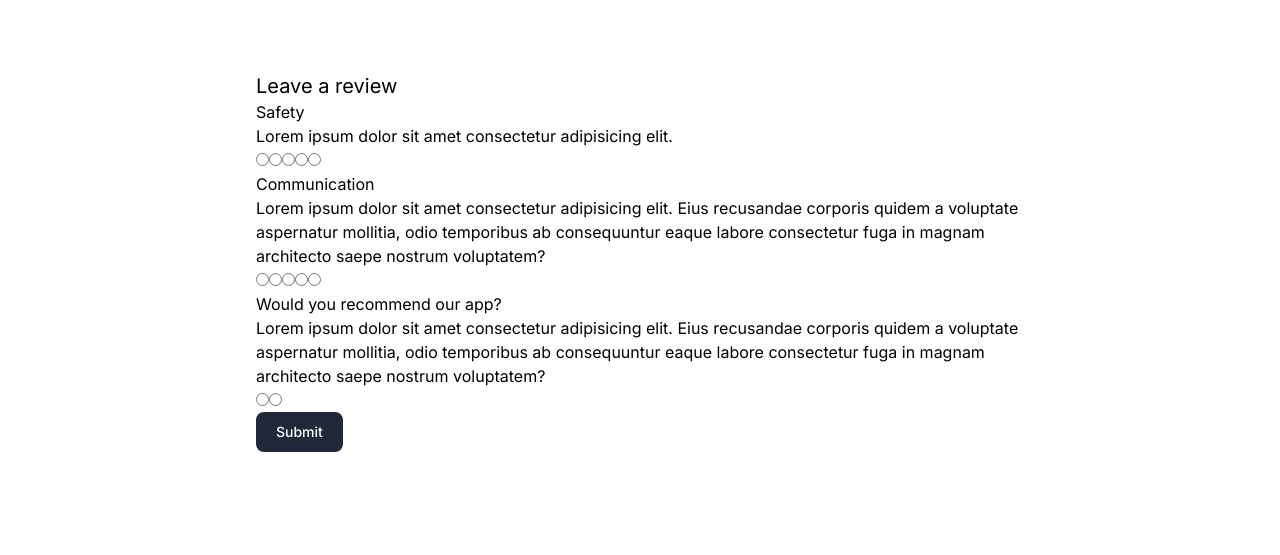
Repository: akankshaajoshi/review-form
Page: /review
The author's editor kept a copy of each file at every save. The page is drawn from the files as they stood at one save, then again after the next save.
The browser window is 1280 px wide. The pictures show the whole page.
The project was rebuilt for these pictures with package versions that can differ from the ones it lists, and the page was loaded fresh each time. The framework's server and built-in components were replaced by stand-ins that run in the browser. Also part of the build but not shown: next.config.mjs.

Above is the page before, as saved 2024-05-25 12:31:44.

After the next save:
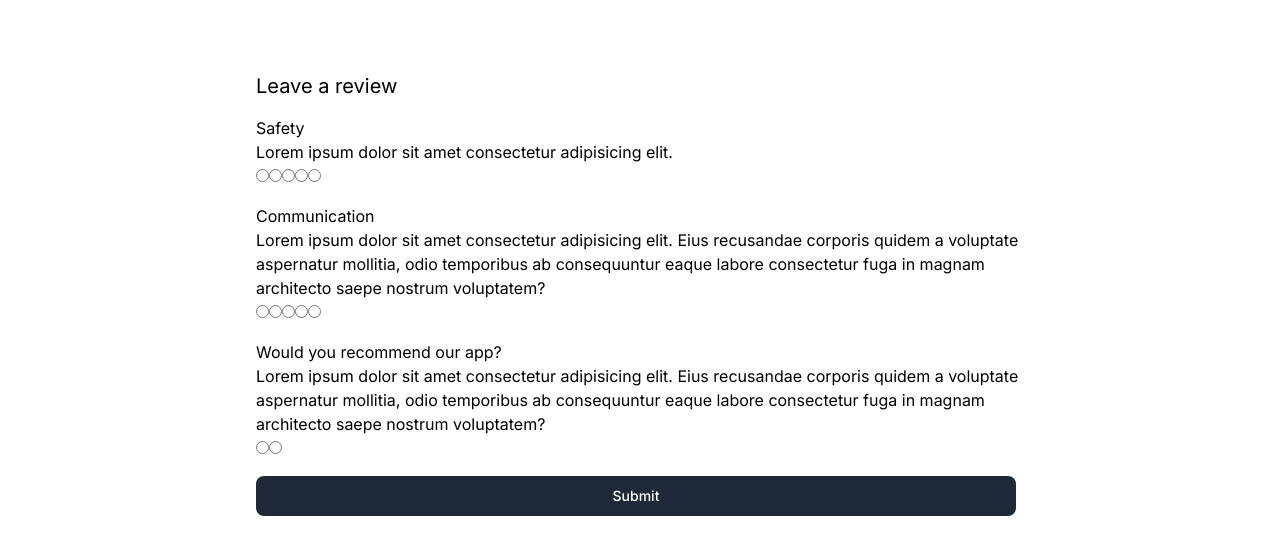
Saved 29 s later.
--- a/app/(routes)/review/page.tsx
+++ b/app/(routes)/review/page.tsx
@@ -20,10 +20,10 @@ export default function Review(){
     const [state, formAction] = useFormState(createReview, initialState);
     return (
         <div className="flex flex-col items-center w-[100vw] h-[100vh]">
-            <div className="flex flex-col gap-x-4 items-left mt-[10vh] h-[80vh] w-[60vw]">
+            <div className="flex flex-col gap-y-4 items-left mt-[10vh] h-[80vh] w-[60vw]">
             <h2 className="text-xl text-bold">Leave a review</h2>
             {state?.message}
-            <form action={formAction}>
+            <form action={formAction} className="flex flex-col gap-y-4">
                 <fieldset>
                     <label htmlFor="safety">Safety</label>
                     <p>Lorem ipsum dolor sit amet consectetur adipisicing elit. </p>
